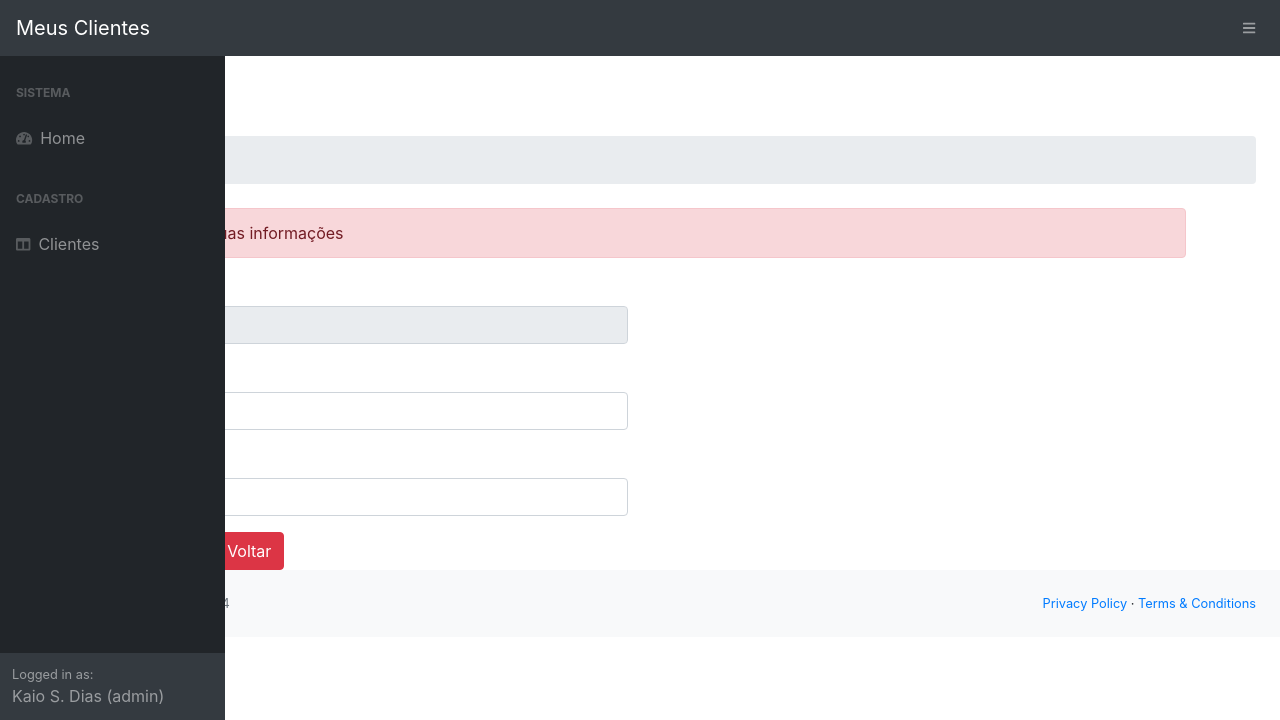
Repository: Kaio-Dias/Angular-Springboot
Page: /users-form (app in Frontend/clients-app/)
An editor plug-in stored every save of this project. The page is shown before and after the next save, followed by the edit.
The browser window is 1280 px wide. The pictures show the whole page.
Some web libraries are served in a nearby version. The project was rebuilt for these pictures with package versions that can differ from the ones it lists, and the page was loaded fresh each time. Also part of the build but not shown: Frontend/clients-app/angular.json, Frontend/clients-app/src/app/home/home.component.ts, Frontend/clients-app/src/app/users/users-list/users-list.component.ts.

Above is the page before, as saved 2024-07-09 15:45:03.

After the next save:
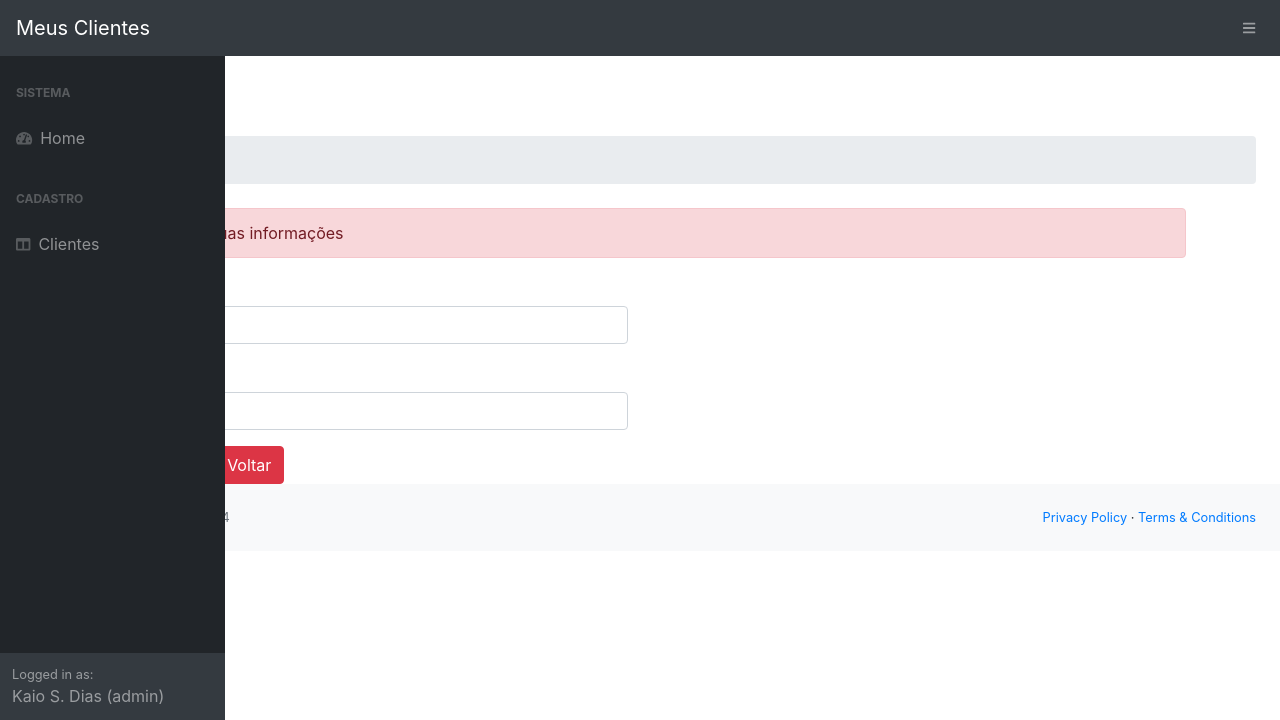
Saved 75 s later.
--- a/Frontend/clients-app/src/app/users/users-form/users-form.component.html
+++ b/Frontend/clients-app/src/app/users/users-form/users-form.component.html
@@ -24,7 +24,7 @@
             </div>
         </div>
 
-        <div class="row">
+        <div class="row" *ngIf="user.registered_date">
             <div class="col-md-6">
                 <div class="form-group">
                     <label>Data Cadastro: </label>
